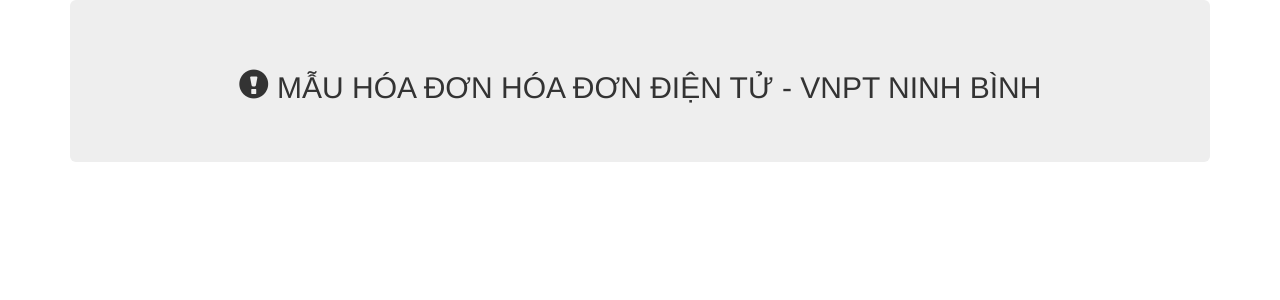
Repository: hoadonvnptninhbinh/hoadonvnptninhbinh
Page: index.html
These files come from the project's save history. The page is drawn as it stood at one moment and after the next save; the edit follows.
The browser window is 1280 px wide. The pictures show the whole page.

Above is the page before, as saved 2020-04-07 14:14:00.

After the next save:
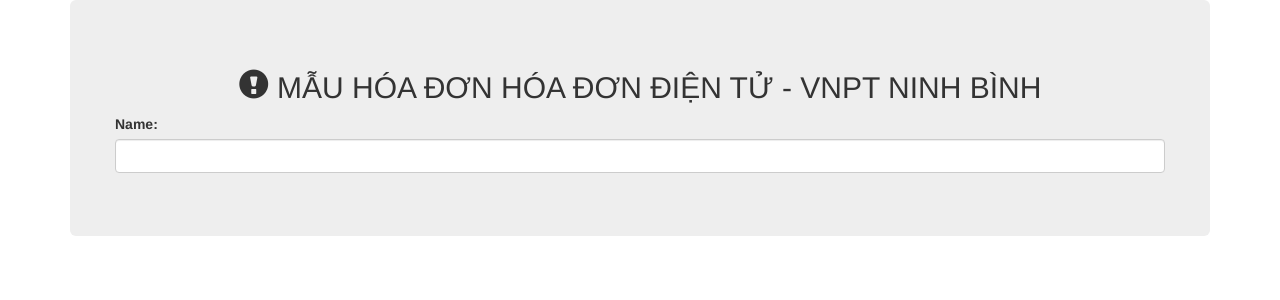
Saved 7 min 47 s later.
--- a/index.html
+++ b/index.html
@@ -17,7 +17,10 @@
           <div class="jumbotron">
             <h2 style="text-align: center;"><span class="glyphicon glyphicon-exclamation-sign"></span> MẪU HÓA ĐƠN HÓA ĐƠN ĐIỆN TỬ - VNPT NINH BÌNH</h2>
             <div class="row">
-
+                <div class="form-group">
+                    <label for="usr">Name:</label>
+                    <input type="text" class="form-control" id="usr">
+                  </div>
             </div>
           </div>
       </div>
